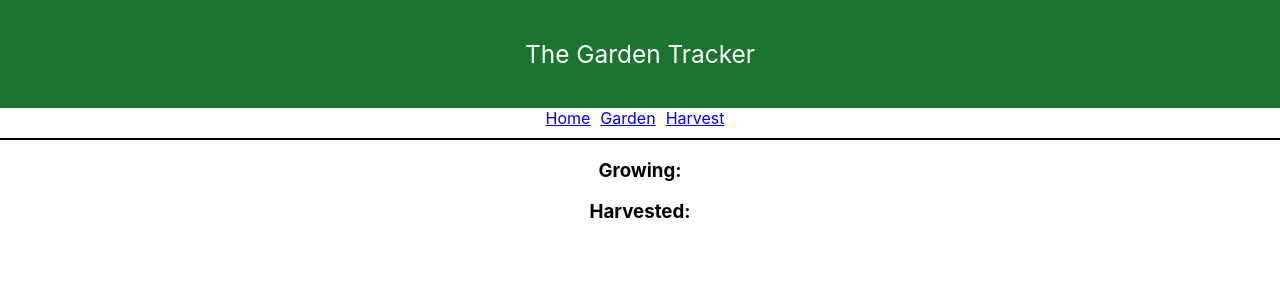
Repository: charliejp0311/ReactReduxFinal
Page: / (app in gardentracker/)
These files come from the project's save history. The page is drawn as it stood at one moment and after the next save; the edit follows.
The browser window is 1280 px wide. The pictures show the whole page.
The page's requests for data from a server got no answer. The project was rebuilt for these pictures with package versions that can differ from the ones it lists, and the page was loaded fresh each time. No one was signed in, and anything a server would have sent is missing. Also part of the build but not shown: gardentracker/src/components/plantForm.js, gardentracker/src/components/GardenPlant.js, gardentracker/src/components/HarvestPlant.js, gardentracker/src/components/plantList.js, gardentracker/src/containers/GardenContainer.js, gardentracker/src/containers/HarvestContainer.js, gardentracker/src/components/UpdatePlantForm.js, gardentracker/src/components/NoteForm.js and 3 more.

Above is the page before, as saved 2020-11-09 12:08:05.

After the next save:
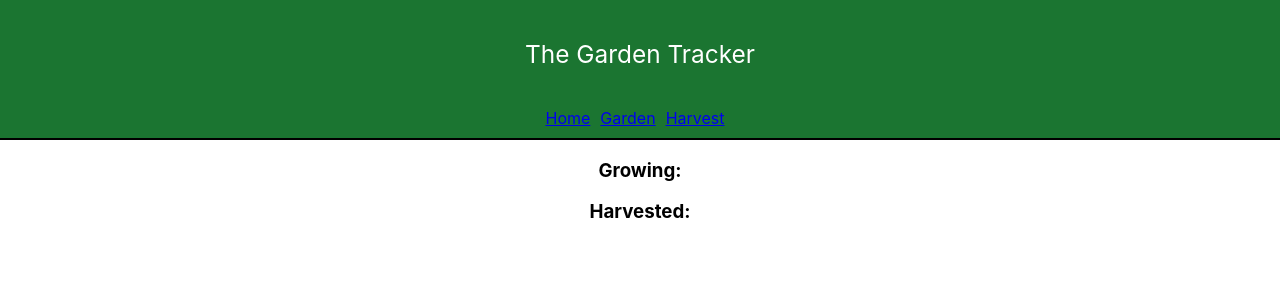
Saved 24 s later.
--- a/gardentracker/src/components/Navbar.js
+++ b/gardentracker/src/components/Navbar.js
@@ -3,7 +3,7 @@ import { NavLink } from 'react-router-dom';
 
 const NavBar = () => {
   return (
-    <div style={{ borderBottom: '2px solid black', paddingBottom: '10px', marginBottom: '12px', color: '#1b7531' }}>
+    <div style={{ borderBottom: '2px solid black', paddingBottom: '10px', marginBottom: '12px', background: '#1b7531' }}>
       <NavLink
         style={{ marginRight: '10px' }}
         to="/"
